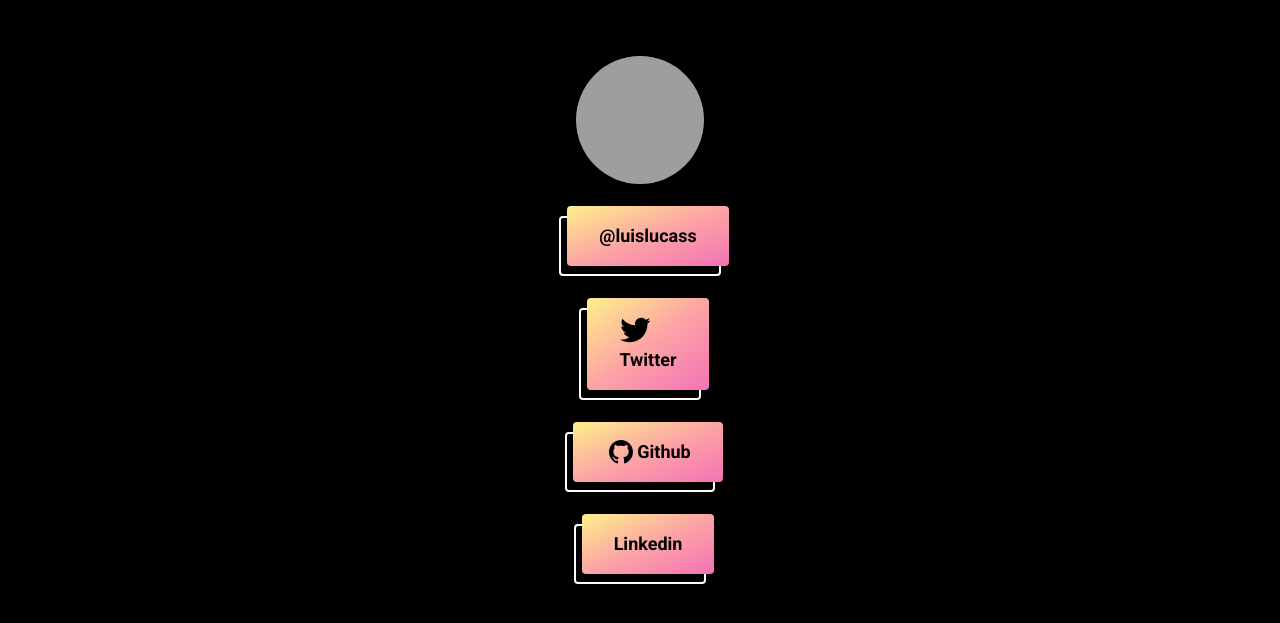
Repository: LuisSempre/link-to
Page: index.html
An editor plug-in stored every save of this project. The page is shown before and after the next save, followed by the edit.
The browser window is 1280 px wide. The pictures show the whole page.
Pictures or frames that could not be fetched are drawn as grey boxes. Some web libraries are served in a nearby version.

Above is the page before, as saved 2022-07-05 22:31:24.

### index.html
<!DOCTYPE html>
<html lang="en">
    <head>
        <meta charset="UTF-8">
        <meta http-equiv="X-UA-Compatible" content="IE=edge">
        <meta name="viewport" content="width=device-width, initial-scale=1.0">
        <link rel="preconnect" href="https://fonts.googleapis.com">
        <link rel="preconnect" href="https://fonts.gstatic.com" crossorigin>
        <link
            href="https://fonts.googleapis.com/css2?family=Roboto:ital,wght@0,100;0,300;0,400;0,500;0,700;0,900;1,100;1,300;1,400;1,500;1,700;1,900&display=swap"
            rel="stylesheet">
        <script src="https://cdn.tailwindcss.com"></script>
        <title>Document</title>
    </head>
    <body style="font-family:Roboto">
        <div class="h-screen w-full bg-black flex items-center justify-center">
            <section class="relative">
                <div class="relative z-40 mx-auto h-full max-w-7xl px-10">
                    <div class="-mt-20 flex h-full w-full flex-col items-center
                        justify-center space-y-8">
                        <img
                            class="w-32 h-32 rounded-full"
                            src="https://media-exp1.licdn.com/dms/image/C4E03AQFxPhk96MlXfQ/profile-displayphoto-shrink_800_800/0/1657066015387?e=1662595200&v=beta&t=8l3NPv3_wh4v4q8p_mHKIiNLJlaeUFYIeHHBMLw4AEI"
                            alt="">
                        <a href="https://www.instagram.com/luislucass/"
                            class="group relative w-full sm:w-auto
                            hover:fill-white">
                            <span class="absolute top-0 left-0 h-full w-full
                                rounded
                                border-2 border-white text-transparent">
                                Twitter</span>
                            <span class="relative inline-block w-full
                                -translate-y-2.5 translate-x-2 transform rounded
                                bg-gradient-to-br from-yellow-200 via-red-300
                                to-pink-400 px-8 py-4 text-center text-lg
                                font-semibold transition-all duration-150
                                ease-linear group-hover:-translate-y-1.5
                                group-hover:translate-x-1.5 sm:w-auto
                                hover:fill-white
                                hover:text-white px-16">@luislucass</span>
                        </a>
                        <a href="https://twitter.com/LuisLucass" class="group
                            relative w-full sm:w-auto hover:fill-white">
                            <span class="absolute top-0 left-0 h-full w-full
                                rounded
                                border-2 border-white text-transparent">Twitter</span>
                            <span class="relative inline-block w-full
                                -translate-y-2.5 translate-x-2 transform rounded
                                bg-gradient-to-br from-yellow-200 via-red-300
                                to-pink-400 px-8 py-4 text-center text-lg
                                font-semibold transition-all duration-150
                                ease-linear group-hover:-translate-y-1.5
                                group-hover:translate-x-1.5 sm:w-auto
                                hover:fill-white
                                hover:text-white px-16"><svg viewBox="0 0 24 24"
                                    aria-hidden="true" class="w-8 h-8"><g><path
                                            d="M23.643
                                            4.937c-.835.37-1.732.62-2.675.733.962-.576
                                            1.7-1.49
                                            2.048-2.578-.9.534-1.897.922-2.958
                                            1.13-.85-.904-2.06-1.47-3.4-1.47-2.572
                                            0-4.658 2.086-4.658 4.66 0
                                            .364.042.718.12
                                            1.06-3.873-.195-7.304-2.05-9.602-4.868-.4.69-.63
                                            1.49-.63 2.342 0 1.616.823 3.043
                                            2.072
                                            3.878-.764-.025-1.482-.234-2.11-.583v.06c0
                                            2.257 1.605 4.14 3.737
                                            4.568-.392.106-.803.162-1.227.162-.3
                                            0-.593-.028-.877-.082.593 1.85 2.313
                                            3.198 4.352 3.234-1.595 1.25-3.604
                                            1.995-5.786 1.995-.376
                                            0-.747-.022-1.112-.065 2.062 1.323
                                            4.51 2.093 7.14 2.093 8.57 0
                                            13.255-7.098 13.255-13.254
                                            0-.2-.005-.402-.014-.602.91-.658
                                            1.7-1.477 2.323-2.41z"></path></g></svg>Twitter</span>
                        </a>
                        <a href="https://github.com/LuisSempre" class="group
                            relative w-full sm:w-auto hover:fill-white">
                            <span class="absolute top-0 left-0 h-full w-full
                                rounded
                                border-2 border-white text-transparent">Github</span>
                            <span class="relative inline-block w-full
                                -translate-y-2.5 translate-x-2 transform rounded
                                bg-gradient-to-br from-yellow-200 via-red-300
                                to-pink-400 px-8 py-4 text-center text-lg
                                font-semibold transition-all duration-150
                                ease-linear group-hover:-translate-y-1.5
                                group-hover:translate-x-1.5 sm:w-auto
                                hover:fill-white
                                hover:text-white px-16 flex items-center
                                justify-center"><svg height="24"
                                    aria-hidden="true" viewBox="0 0 16
                                    16" version="1.1" width="32"
                                    data-view-component="true" class="octicon
                                    octicon-mark-github v-align-middle">
                                    <path fill-rule="evenodd" d="M8 0C3.58 0 0
                                        3.58
                                        0 8c0 3.54 2.29 6.53 5.47
                                        7.59.4.07.55-.17.55-.38
                                        0-.19-.01-.82-.01-1.49-2.01.37-2.53-.49-2.69-.94-.09-.23-.48-.94-.82-1.13-.28-.15-.68-.52-.01-.53.63-.01
                                        1.08.58 1.23.82.72 1.21 1.87.87
                                        2.33.66.07-.52.28-.87.51-1.07-1.78-.2-3.64-.89-3.64-3.95
                                        0-.87.31-1.59.82-2.15-.08-.2-.36-1.02.08-2.12
                                        0 0 .67-.21 2.2.82.64-.18 1.32-.27
                                        2-.27.68
                                        0 1.36.09 2 .27 1.53-1.04 2.2-.82
                                        2.2-.82.44
                                        1.1.16 1.92.08 2.12.51.56.82 1.27.82
                                        2.15 0
                                        3.07-1.87 3.75-3.65 3.95.29.25.54.73.54
                                        1.48
                                        0 1.07-.01 1.93-.01 2.2 0
                                        .21.15.46.55.38A8.013 8.013 0 0016
                                        8c0-4.42-3.58-8-8-8z"></path>
                                </svg>Github</span>
                        </a>
                        <a
                            href="https://www.linkedin.com/in/luis-lucas-a5b30737/"
                            class="group relative w-full sm:w-auto
                            hover:fill-white">
                            <span class="absolute top-0 left-0 h-full w-full
                                rounded
                                border-2 border-white text-transparent">Linkedin</span>
                            <span class="relative inline-block w-full
                                -translate-y-2.5 translate-x-2 transform rounded
                                bg-gradient-to-br from-yellow-200 via-red-300
                                to-pink-400 px-8 py-4 text-center text-lg
                                font-semibold transition-all duration-150
                                ease-linear group-hover:-translate-y-1.5
                                group-hover:translate-x-1.5 sm:w-auto
                                hover:fill-white
                                hover:text-white px-16">Linkedin</span>
                        </a>
                    </div>
                </div>
            </section>
        </div>
    </body>
</html>

After the next save:
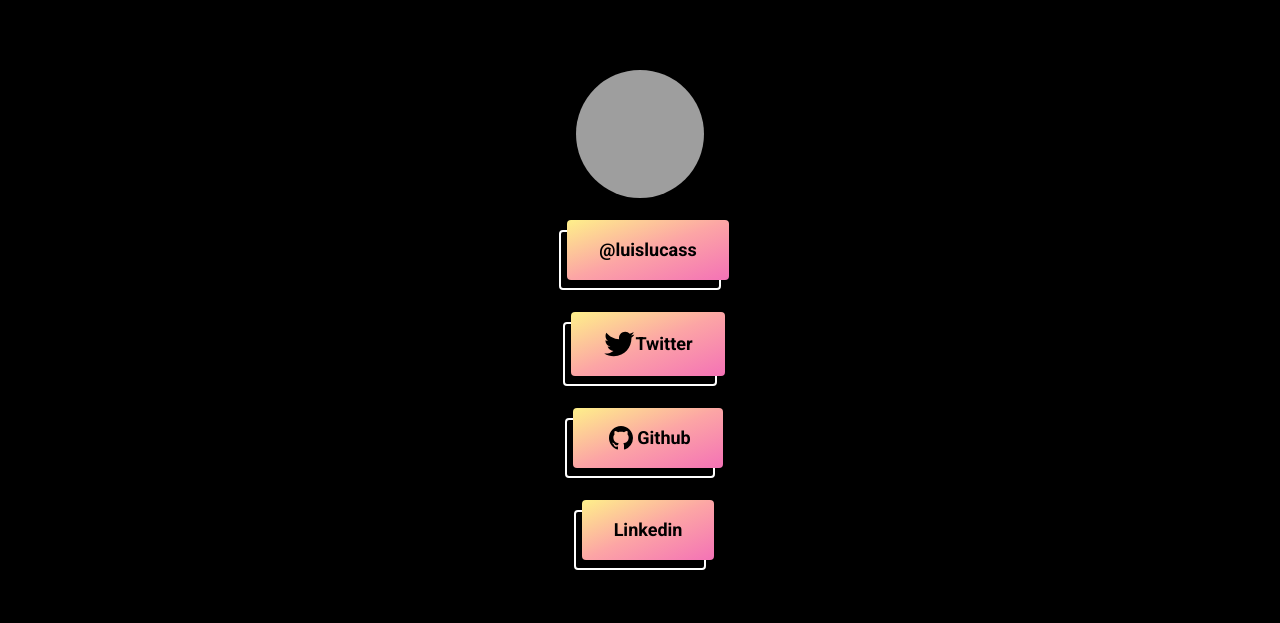
Saved 14 s later.
--- a/index.html
+++ b/index.html
@@ -52,7 +52,7 @@
                                 ease-linear group-hover:-translate-y-1.5
                                 group-hover:translate-x-1.5 sm:w-auto
                                 hover:fill-white
-                                hover:text-white px-16"><svg viewBox="0 0 24 24"
+                                hover:text-white px-16 flex items-center justify-center"><svg viewBox="0 0 24 24"
                                     aria-hidden="true" class="w-8 h-8"><g><path
                                             d="M23.643
                                             4.937c-.835.37-1.732.62-2.675.733.962-.576
